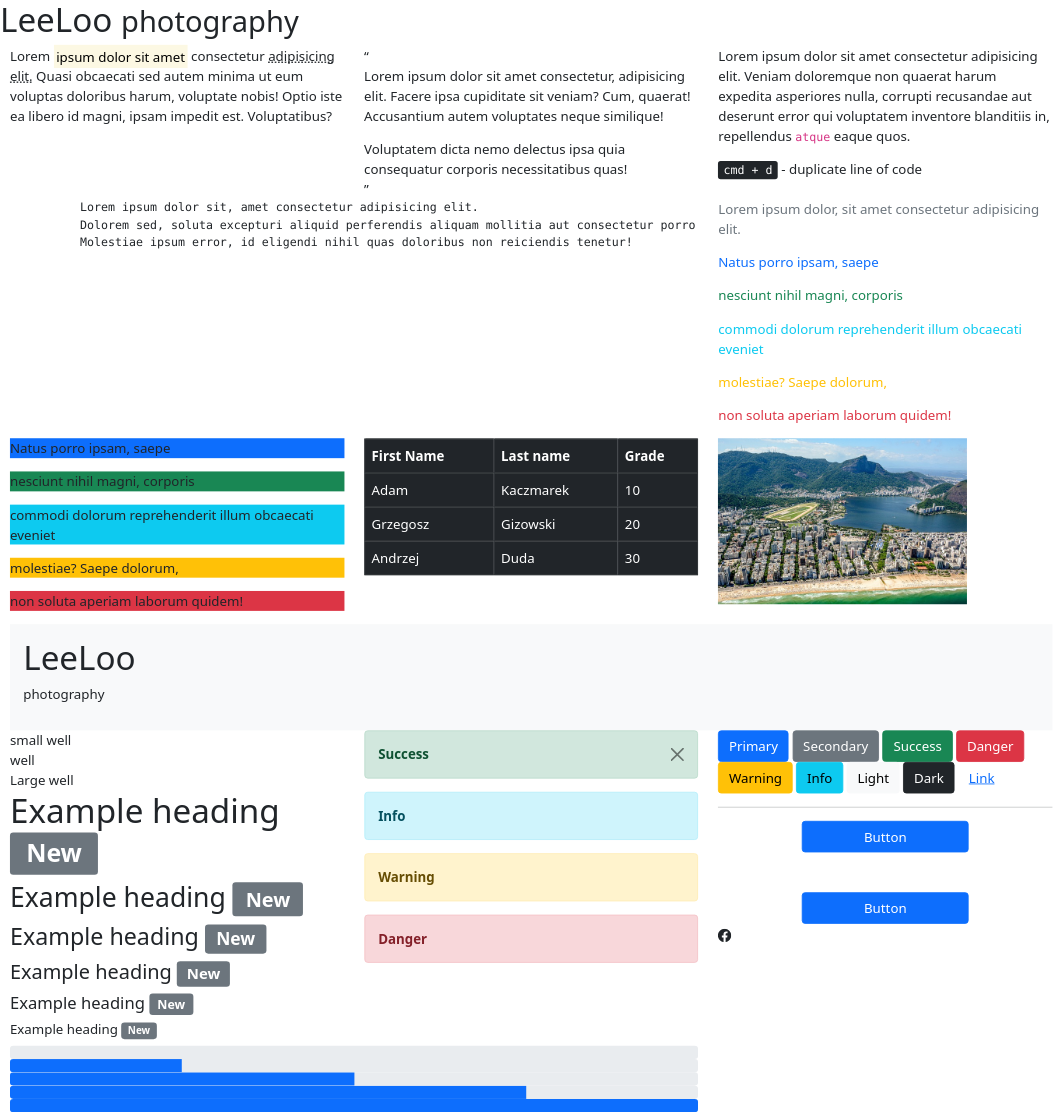
Repository: Zyzik-33/bootstrap-test
Page: index.html
These files come from the project's save history. The page is drawn as it stood at one moment and after the next save; the edit follows.
The browser window is 1280 px wide. The pictures show the whole page, at 83% of full size.

Above is the page before, as saved 2021-01-27 22:15:59.

### index.html
<!DOCTYPE html>
<html lang="en">
<head>
  <title>LeeLoo</title>
  <meta charset="UTF-8">
  <meta name="viewport" content="width=device-width, initial-scale=1.0">
  <link href="https://cdn.jsdelivr.net/npm/bootstrap@5.0.0-beta1/dist/css/bootstrap.min.css" rel="stylesheet" integrity="sha384-giJF6kkoqNQ00vy+HMDP7azOuL0xtbfIcaT9wjKHr8RbDVddVHyTfAAsrekwKmP1" crossorigin="anonymous">
  <script src="https://ajax.googleapis.com/ajax/libs/jquery/3.5.1/jquery.min.js"></script>
  <script src="https://cdn.jsdelivr.net/npm/bootstrap@5.0.0-beta1/dist/js/bootstrap.bundle.min.js" integrity="sha384-ygbV9kiqUc6oa4msXn9868pTtWMgiQaeYH7/t7LECLbyPA2x65Kgf80OJFdroafW" crossorigin="anonymous"></script>
</head>
<body>
  <h1>LeeLoo <small>photography</small> </h1>
  <div class="container-fluid">

    <div class="row">
      <div class="col-lg-4">Lorem <mark>ipsum dolor sit amet</mark> consectetur <abbr title="Explanation">adipisicing elit.</abbr> Quasi obcaecati sed autem minima ut eum voluptas doloribus harum, voluptate nobis! Optio iste ea libero id magni, ipsam impedit est. Voluptatibus?</div>
      <div class="col-lg-4">
        <q cite="http://developer.mozilla.org">
          <p>
            Lorem ipsum dolor sit amet consectetur, adipisicing elit. Facere ipsa cupiditate sit veniam? Cum, quaerat!
             Accusantium autem voluptates neque similique!
          </p>
          <footer>
            Voluptatem dicta nemo delectus ipsa quia consequatur corporis necessitatibus quas!
          </footer>
        </q>
      </div>
      <div class="col-lg-4">
        <blockquote class="blockquote-reverse">
          <p>
            Lorem ipsum dolor sit amet consectetur adipisicing elit.
            Veniam doloremque non quaerat harum expedita asperiores nulla,
            corrupti recusandae aut deserunt error qui voluptatem inventore
            blanditiis in, repellendus <code>atque</code> eaque quos.
          </p>
          <footer><kbd>cmd + d</kbd> - duplicate line of code</footer>
        </blockquote>
      </div>
    </div>
    <div class="row">
      <div class="col-lg-8">
        <pre>
          Lorem ipsum dolor sit, amet consectetur adipisicing elit.
          Dolorem sed, soluta excepturi aliquid perferendis aliquam mollitia aut consectetur porro.
          Molestiae ipsum error, id eligendi nihil quas doloribus non reiciendis tenetur!
        </pre>
      </div>
      <div class="col-lg-4">
       <p class="text-muted"> Lorem ipsum dolor, sit amet consectetur adipisicing elit.</p>
       <p class="text-primary">Natus porro ipsam, saepe</p>
       <p class="text-success">nesciunt nihil magni, corporis</p>
       <p class="text-info">commodi dolorum reprehenderit illum obcaecati eveniet</p>
       <p class="text-warning">molestiae? Saepe dolorum,</p>
       <p class="text-danger">non soluta aperiam laborum quidem!</p>
      </div>
    </div>
    <div class="row">
      <div class="col-lg-4">
       <p class="bg-primary">Natus porro ipsam, saepe</p>
       <p class="bg-success">nesciunt nihil magni, corporis</p>
       <p class="bg-info">commodi dolorum reprehenderit illum obcaecati eveniet</p>
       <p class="bg-warning">molestiae? Saepe dolorum,</p>
       <p class="bg-danger">non soluta aperiam laborum quidem!</p>
      </div>
      <div class="col-lg-4">
        <table class="table table-hover table-dark table-bordered">
          <!-- table-striped, table-bordered, table-hover, table-dark -->
          <thead>
            <tr>
              <th scope="col">First Name</th>
              <th scope="col">Last name</th>
              <th scope="col">Grade</th>
            </tr>
          </thead>
          <tbody>
            <tr>
              <td scope="row">Adam</td>
              <td>Kaczmarek</td>
              <td>10</td>
            </tr>
            <tr>
              <td scope="row">Grzegosz</td>
              <td>Gizowski</td>
              <td>20</td>
            </tr>
            <tr>
              <td scope="row">Andrzej</td>
              <td>Duda</td>
              <td>30</td>
            </tr>
          </tbody>
        </table>
      </div>
      <div class="col-lg-4">
        <img src="./assets/images/brazil-4809010_640.jpg" width="300" alt="brazil">
      </div>
    </div>
    <div class="row">
      <div class="col-lg-12">
        <div class="bg-light p-3">
          <h1>LeeLoo</h1>
          <p>photography</p>
        </div>
      </div>
    </div>
    <div class="row">
      <div class="col-lg-4">
        <div class="well well-sm">small well</div>
        <div class="well">well</div>
        <div class="well well-lg">Large well</div>
        <h1>Example heading <span class="badge bg-secondary">New</span></h1>
        <h2>Example heading <span class="badge bg-secondary">New</span></h2>
        <h3>Example heading <span class="badge bg-secondary">New</span></h3>
        <h4>Example heading <span class="badge bg-secondary">New</span></h4>
        <h5>Example heading <span class="badge bg-secondary">New</span></h5>
        <h6>Example heading <span class="badge bg-secondary">New</span></h6>
      </div>
      <div class="col-lg-4">
        <div class="alert alert-success alert-dismissible fade show" role="alert">
          <strong>Success</strong>
          <!-- <a href="#" class="close" data-dismiss="alert">&times;</a> -->
          <button type="button" class="btn-close" data-bs-dismiss="alert" aria-label="Close"></button>
        </div>
        <div class="alert alert-info">
          <strong>Info</strong>
        </div>
        <div class="alert alert-warning">
          <strong>Warning</strong>
        </div>
        <div class="alert alert-danger">
          <strong>Danger</strong>
        </div>
      </div>
      <div class="col-lg-4">
        <button type="button" class="btn btn-primary">Primary</button>
        <button type="button" class="btn btn-secondary">Secondary</button>
        <button type="button" class="btn btn-success">Success</button>
        <button type="button" class="btn btn-danger">Danger</button>
        <button type="button" class="btn btn-warning">Warning</button>
        <button type="button" class="btn btn-info">Info</button>
        <button type="button" class="btn btn-light">Light</button>
        <button type="button" class="btn btn-dark">Dark</button>
        <button type="button" class="btn btn-link">Link</button>
        <hr>
        <div class="d-grid gap-5 col-6 mx-auto">
          <button class="btn btn-primary" type="button">Button</button>
          <button class="btn btn-primary" type="button">Button</button>
        </div>
        <svg xmlns="http://www.w3.org/2000/svg" width="16" height="16" fill="currentColor" class="bi bi-facebook" viewBox="0 0 16 16">
          <path d="M16 8.049c0-4.446-3.582-8.05-8-8.05C3.58 0-.002 3.603-.002 8.05c0 4.017 2.926 7.347 6.75 7.951v-5.625h-2.03V8.05H6.75V6.275c0-2.017 1.195-3.131 3.022-3.131.876 0 1.791.157 1.791.157v1.98h-1.009c-.993 0-1.303.621-1.303 1.258v1.51h2.218l-.354 2.326H9.25V16c3.824-.604 6.75-3.934 6.75-7.951z"/>
        </svg>
        <i class="bi bi-braces"></i>
      </div>
    </div>
    <div class="row">
      <div class="col-lg-8">
        <div class="progress m-b-3">
          <div class="progress-bar" role="progressbar" aria-valuenow="0" aria-valuemin="0" aria-valuemax="100"></div>
        </div>
        <div class="progress">
          <div class="progress-bar" role="progressbar" style="width: 25%" aria-valuenow="25" aria-valuemin="0" aria-valuemax="100"></div>
        </div>
        <div class="progress">
          <div class="progress-bar" role="progressbar" style="width: 50%" aria-valuenow="50" aria-valuemin="0" aria-valuemax="100"></div>
        </div>
        <div class="progress">
          <div class="progress-bar" role="progressbar" style="width: 75%" aria-valuenow="75" aria-valuemin="0" aria-valuemax="100"></div>
        </div>
        <div class="progress">
          <div class="progress-bar" role="progressbar" style="width: 100%" aria-valuenow="100" aria-valuemin="0" aria-valuemax="100"></div>
        </div>
      </div>
      <div class="col-lg-2"></div>
    </div>
  </div>
</body>
</html>

After the next save:
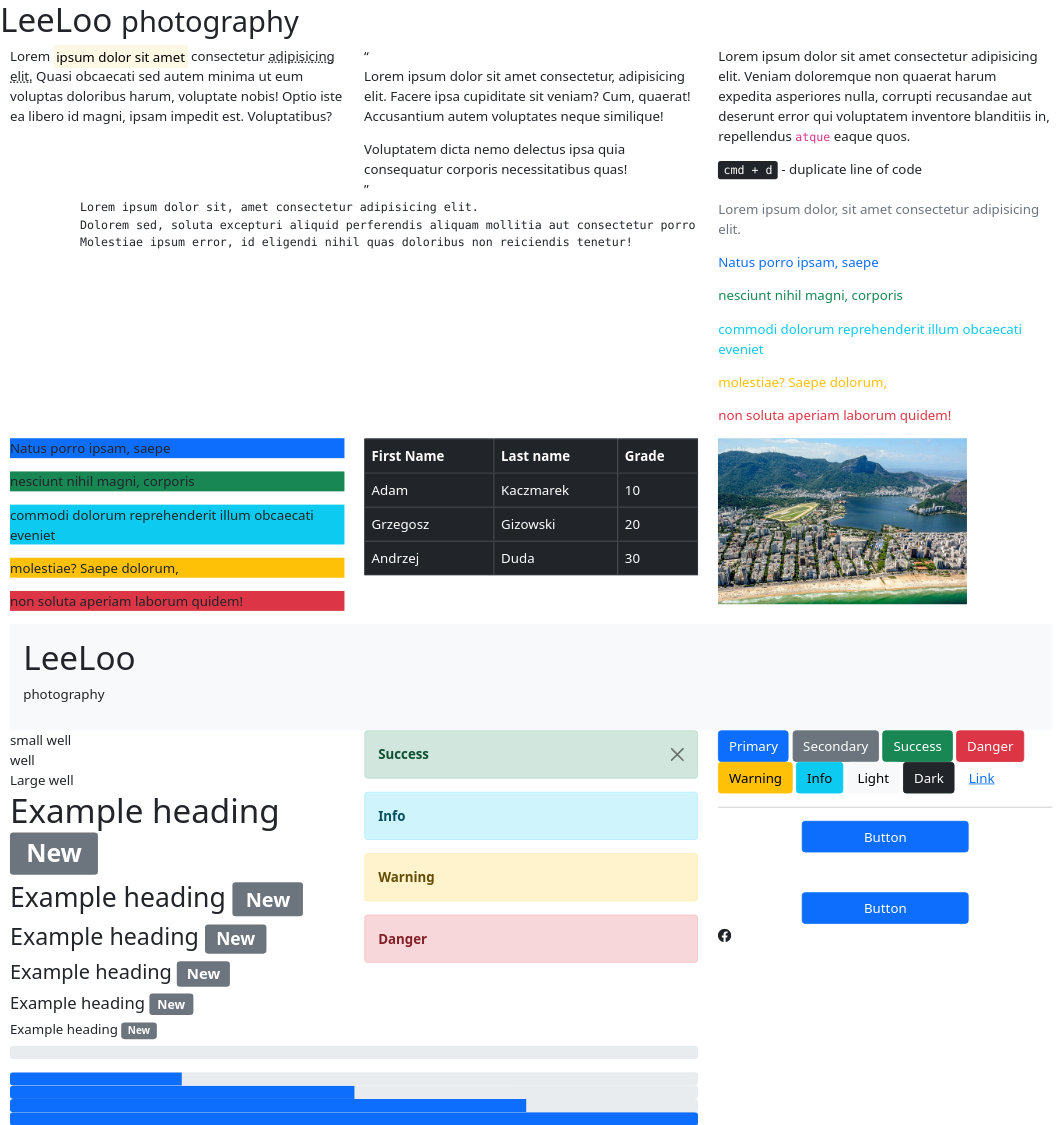
Saved 9 s later.
--- a/index.html
+++ b/index.html
@@ -154,7 +154,7 @@
     </div>
     <div class="row">
       <div class="col-lg-8">
-        <div class="progress m-b-3">
+        <div class="progress mb-3">
           <div class="progress-bar" role="progressbar" aria-valuenow="0" aria-valuemin="0" aria-valuemax="100"></div>
         </div>
         <div class="progress">
